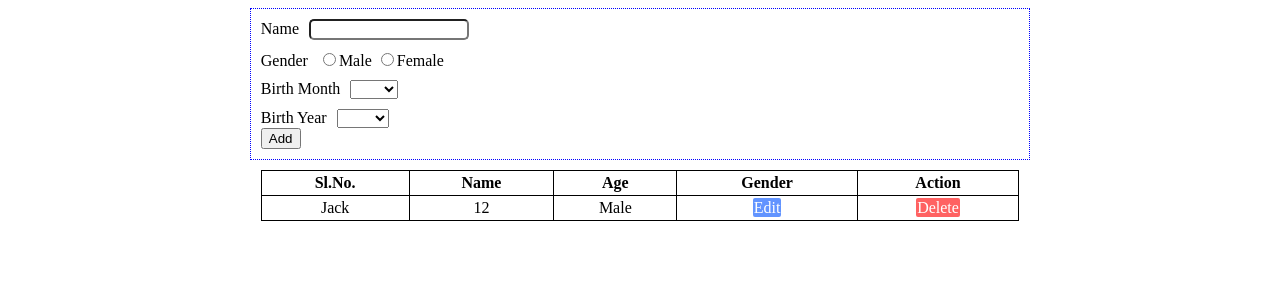
Repository: tysonpaul89/vue-student-crud
Page: /
These files come from the project's save history. The page is drawn as it stood at one moment and after the next save; the edit follows.
The browser window is 1280 px wide. The pictures show the whole page.
The project was rebuilt for these pictures with package versions that can differ from the ones it lists, and the page was loaded fresh each time.

Above is the page before, as saved 2020-04-11 13:22:18.

### src/App.vue
<template>
  <div id="app">
    <StudentForm :type="formType" :studentData="student" @studentFormData="addStudent"/>
    <StudentListng
      @editStudent="onStudentEdit"
      @deleteStudent="onStudentDelete"
      :studentArray="students" />
  </div>
</template>

<script>
import StudentListng from './components/StudentListng.vue';
import StudentForm from './components/StudentForm.vue';

export default {
  name: 'App',
  components: {
    StudentListng, // To display student data.
    StudentForm // To Add/Edit student data.
  },
  data() {
    return {
      students: [
        { id:1, name: 'Jack', age: 12, gender: 'Male', birthMonth: 7, birthYear: 2008 },
      ],
      formType: 'create',
      student: null,
    }
  },
  methods: {
    addStudent(data) {
      if (this.formType === 'create') {
        this.students.push(data);
      } else {
        // TODO: Edit student
      }
      this.student = null;
    },
    onStudentEdit(studentId) {
      this.formType = 'edit';
      this.student = this.students.find(student => student.id === studentId)
    },
    onStudentDelete(studentId) {
      this.students = this.students.filter(student => student.id !== studentId)
    }
  }
}
</script>

<style>

</style>

### src/components/StudentListng.vue
<template>
  <table>
    <thead>
      <tr>
        <th>Sl.No.</th>
        <th>Name</th>
        <th>Age</th>
        <th>Gender</th>
        <th colspan="2">Action</th>
      </tr>
    </thead>
    <tbody>
      <tr v-for="student in studentArray" :key="student.id">
        <td>{{ student.name }}</td>
        <td>{{ student.age }}</td>
        <td>{{ student.gender }}</td>
        <td class="btn-td"><a id="btn-edit" href="#" @click="onStudentEdit(student.id)">Edit</a></td>
        <td class="btn-td"><a id="btn-delete" href="#" @click="onStudentDelete(student.id)">Delete</a></td>
      </tr>
    </tbody>
  </table>
</template>

<script>
export default {
  props: {
    studentArray: Array
  },
  methods: {
    onStudentEdit(studentID) {
      this.$emit('editStudent', studentID);
    },
    onStudentDelete(studentID) {
      this.$emit('deleteStudent', studentID);
    }
  }
};
</script>

<style scoped>
  table {
    border-collapse: collapse;
    width: 60%;
    margin: 0 auto;
  }

  table,
  td,
  th {
    border: 1px solid black;
    padding: 3px;
  }

  td {
    text-align: center;
  }

  #btn-delete,
  #btn-edit {
    color: white;
    text-decoration: none;
    padding: 1px;
    border-radius: 2px;
  }

  #btn-delete {
    background-color: rgba(255, 0, 0, 0.616);
  }

  #btn-edit {
    background-color: rgba(0, 81, 255, 0.616);
  }
</style>

### src/components/StudentForm.vue
<template>
  <div class="container">
    <form>
      <div class="form-group">
        <label for="name">Name</label>
        <input type="text" id="name" name="name" v-model="studentForm.name" />
      </div>
      <div class="form-group">
        <label>Gender</label>
        <input type="radio" name="Male" value="Male" v-model="studentForm.gender">Male
        <input type="radio" name="Female" value="Female" v-model="studentForm.gender">Female
      </div>
      <div class="form-group">
        <label for="month">Birth Month</label>
        <select name="month" id="month" v-model="studentForm.birthMonth">
          <option v-for="(month, index) in months" :key="index" :value="index">{{month}}</option>
        </select>
      </div>
      <div class="form-group">
        <label for="year">Birth Year</label>
        <select name="year" id="year" v-model="studentForm.birthYear">
          <option v-for="(year, index) in years" :key="index" :value="year">{{year}}</option>
        </select>
      </div>
      <button type="button" @click="onSubmit()">{{ type === 'create' ? 'Add' : 'Edit' }}</button>
    </form>
  </div>
</template>

<script>
export default {
  props: ['type', 'studentData'],
  computed: {
    years: () => {
      const yearLimit = new Date().getFullYear() - 5;
      const years = [];
      for(let i=2000; i < yearLimit; i++) {
        years.push(i);
      }
      return years;
    }
  },
  data() {
    return {
      studentForm: {
        id: 0,
        name: "",
        gender: null,
        birthMonth: null,
        birthYear: null,
      },
      months: ['Jan', 'Feb', 'Mar', 'Apr', 'May', 'Jun', 'Jul', 'Aug', 'Sep', 'Oct', 'Nov', 'Dec'],
    };
  },
  beforeUpdate() {
    console.log(this.type, this.studentData);
    if(this.type === 'edit' && this.studentData) {
      this.studentForm.name = this.studentData.name
    }
  },
  methods: {
    onSubmit() {
      const today = new Date()
      let student = null;
      if (this.type === 'create') {
        student = {
          id: today.getMilliseconds(),
          name: this.studentForm.name,
          age:  today.getFullYear() - this.studentForm.birthYear,
          gender: this.studentForm.gender,
          birthMonth: this.studentForm.birthMonth,
          birthYear: this.studentForm.birthYear,
        };
      } else {
        // pass
      }
      // Pass to the parent element.
      this.$emit('studentFormData', student)
    }
  }
};
</script>

<style scoped>
.container {
  width: 60%;
  margin: 0 auto;
  margin-bottom: 10px;
  border: 1px dotted blue;
  padding: 0 10px 10px 10px;
}

.form-group {
  padding-top: 10px;
}

.form-group label {
  padding-right: 10px;
}

.form-group input[type="text"] {
  border-radius: 5px;
  width: 20%;
}
</style>

Loaded but not shown: public/index.html (common file); src/main.js (common file)

After the next save:
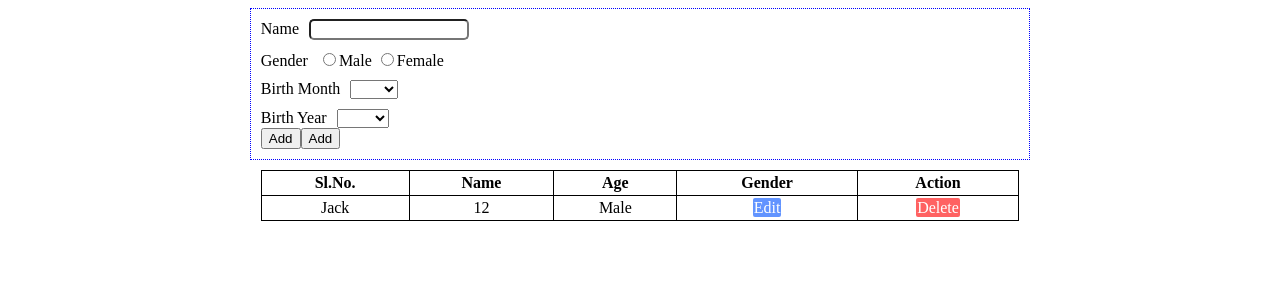
Saved 59 s later.
--- a/src/components/StudentForm.vue
+++ b/src/components/StudentForm.vue
@@ -23,6 +23,7 @@
         </select>
       </div>
       <button type="button" @click="onSubmit()">{{ type === 'create' ? 'Add' : 'Edit' }}</button>
+      <button type="button" @click="onReset()">{{ type === 'create' ? 'Add' : 'Edit' }}</button>
     </form>
   </div>
 </template>
